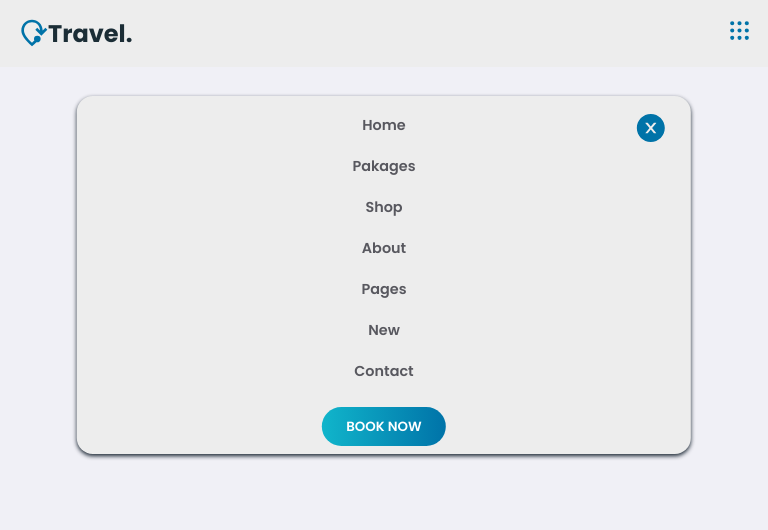
Repository: tungts3qb/TravelWebsite
Page: /
The author's editor kept a copy of each file at every save. The page is drawn from the files as they stood at one save, then again after the next save.
The browser window is 768 px wide. The pictures show the whole page.
The project was rebuilt for these pictures with package versions that can differ from the ones it lists, and the page was loaded fresh each time. Also part of the build but not shown: src/Components/Home/home.css, src/Components/Home/Home.jsx, src/Components/Main/main.css, src/Components/Main/Main.jsx, src/Components/Footer/footer.css, src/Components/Footer/Footer.jsx.

Above is the page before, as saved 2023-03-21 15:40:55.

### src/App.js
import React from "react";
import "./app.css";
import Navbar from "./Components/Navbar/Navbar";
import Home from "./Components/Home/Home";
import Main from "./Components/Main/Main";
import Footer from "./Components/Footer/Footer";

const App = () => {
  return (
    <>
      <Navbar />
      {/* <Home></Home>
      <Main></Main>
      <Footer></Footer> */}
    </>
  );
};

export default App;

### src/App.css
@import url("https://fonts.googleapis.com/css2?family=Poppins:wght@300;400;500;600;700&display=swap");

* {
  padding: 0;
  margin: 0;
  box-sizing: border-box;
  font-family: "Poppins", sans-serif;
}

:root {
  --PrimaryColor: hsl(199, 100%, 33%);
  --SecondaryColor: hsl(187, 85%, 43%);
  --gradientColor: linear-gradient(
    to right,
    hsl(187, 85%, 43%),
    hsl(199, 100%, 33%)
  );
  --whiteColor: hsl(0, 0%, 100%);
  --blackColor: hsl(201, 33%, 16%);
  --textColor: hsl(240, 4%, 36%);
  --whiteColorDeam: hsl(0, 0%, 93%);
  --greyText: rgb(190, 190, 190);
  --inputColor: rgb(239, 239, 239);
  --bodyColor: rgb(240, 240, 246);
  --cardBG: rgb(255, 255, 235);
}

a {
  text-decoration: none;
}

li {
  list-style: none;
}

.section {
  padding: 4rem 0 2rem;
}

.container {
  padding-left: 1.5rem;
  padding-right: 1.5rem;
}

.icon {
  font-size: 2rem;
  cursor: pointer;
}

.flex {
  display: flex;
  align-items: center;
}

.grid {
  display: grid;
  align-items: center;
}

.btn {
  padding: 0.6rem 1.5rem;
  background: var(--gradientColor);
  border-radius: 3rem;
  border: none;
  outline: none;
  cursor: pointer;
}

.btn a {
  color: var(--whiteColor);
  font-weight: 500;
}

.btn:hover {
  background: var(--SecondaryColor);
}

img,
video {
  width: 100%;
  height: auto;
}

input {
  font-size: 100%;
}

body {
  background: var(--bodyColor);
}

### src/Components/Navbar/Navbar.jsx
import React from "react";
import "./navbar.css";
import { MdOutlineModeOfTravel } from "react-icons/md";
import { AiFillCloseCircle } from "react-icons/ai";
import { TbGridDots } from "react-icons/tb";

const Navbar = () => {
  return (
    <section className="navBarSection">
      <header className="header flex">
        <div className="logoDiv">
          <a href="#" className="logo flex">
            <MdOutlineModeOfTravel className="icon" />
            <h1>Travel.</h1>
          </a>
        </div>

        <div className="navBar">
          <ul className="navLists flex">
            <li className="navItem">
              <a href="#" className="navLink">
                Home
              </a>
            </li>

            <li className="navItem">
              <a href="#" className="navLink">
                Pakages
              </a>
            </li>

            <li className="navItem">
              <a href="#" className="navLink">
                Shop
              </a>
            </li>

            <li className="navItem">
              <a href="#" className="navLink">
                About
              </a>
            </li>

            <li className="navItem">
              <a href="#" className="navLink">
                Pages
              </a>
            </li>

            <li className="navItem">
              <a href="#" className="navLink">
                New
              </a>
            </li>

            <li className="navItem">
              <a href="#" className="navLink">
                Contact
              </a>
            </li>

            <button className="btn">
              <a href="#">BOOK NOW</a>
            </button>
          </ul>
          <div className="closeNavBar">
            <AiFillCloseCircle className="icon" />
          </div>
        </div>

        <div className="toggleNavbar">
          <TbGridDots className="icon" />
        </div>
      </header>
    </section>
  );
};

export default Navbar;

### src/Components/Navbar/navbar.css
:root {
  --PrimaryColor: hsl(199, 100%, 33%);
  --SecondaryColor: hsl(187, 85%, 43%);
  --gradientColor: linear-gradient(
    to right,
    hsl(187, 85%, 43%),
    hsl(199, 100%, 33%)
  );
  --whiteColor: hsl(0, 0%, 100%);
  --blackColor: hsl(201, 33%, 16%);
  --textColor: hsl(240, 4%, 36%);
  --whiteColorDeam: hsl(0, 0%, 93%);
  --greyText: rgb(190, 190, 190);
  --inputColor: rgb(239, 239, 239);
  --bodyColor: rgb(240, 240, 246);
  --cardBG: rgb(255, 255, 235);
}

.header {
  position: fixed;
  display: flex;
  align-items: center;
  justify-content: space-between;
  background: var(--whiteColorDeam);
  width: 100%;
  padding: 1rem;
  z-index: 1000;
}
.header .logo {
  color: var(--blackColor);
  font-weight: 600;
  cursor: pointer;
  align-items: center;
  justify-content: center;
}
.header .logo .icon {
  font-style: 25px;
  color: var(--PrimaryColor);
  transform: translateY(-1px);
}
@media screen and (max-width: 768px) {
  .header .navBar {
    position: absolute;
    background-color: var(--whiteColorDeam);
    height: -moz-max-content;
    height: max-content;
    width: 80%;
    border-radius: 1rem;
    top: 6rem;
    left: 50%;
    transform: translateX(-50%);
    z-index: 2000;
    box-shadow: 0 2px 4px rgba(2, 15, 29, 0.904);
    transition: 0.3s ease-in-out;
  }
  .header .navBar .navLists {
    flex-direction: column;
    justify-content: center;
    width: 100%;
    margin: auto;
    padding: 0.5rem 0;
  }
  .header .navBar .navLists .navItem {
    padding: 0.5rem 0;
  }
  .header .navBar .navLists .navItem .navLink {
    color: var(--textColor);
    font-size: 0.9rem;
    font-weight: 600;
  }
  .header .navBar .navLists .navItem .navLink :hover {
    color: var(--PrimaryColor);
  }
  .header .navBar .navLists .btn {
    margin-top: 1rem;
  }
  .header .navBar .navLists .btn a {
    font-weight: 600;
    color: var(--whiteColor);
  }
  .header .navBar .closeNavBar {
    position: absolute;
    top: 1rem;
    right: 1.5rem;
    color: var(--PrimaryColor);
  }
  .header .navBar .closeNavBar:hover {
    color: var(--SecondaryColor);
  }
}
.header .toggleNavbar .icon {
  font-size: 25px;
  color: var(--PrimaryColor);
}
.header .toggleNavbar:hover.icon {
  color: var(--SecondaryColor);
}/*# sourceMappingURL=navbar_20230321154055.css.map */

Loaded but not shown: public/index.html (common file); src/index.js (common file)

After the next save:
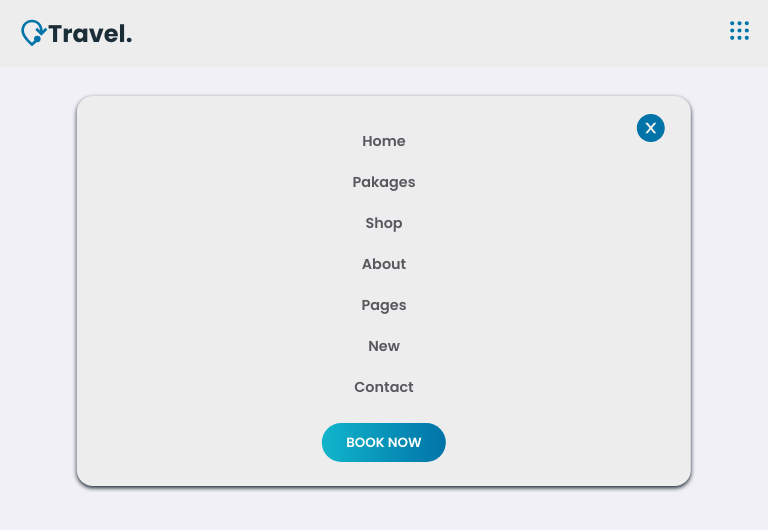
Saved 33 s later.
--- a/src/Components/Navbar/navbar.css
+++ b/src/Components/Navbar/navbar.css
@@ -48,6 +48,7 @@
     border-radius: 1rem;
     top: 6rem;
     left: 50%;
+    padding: 1rem;
     transform: translateX(-50%);
     z-index: 2000;
     box-shadow: 0 2px 4px rgba(2, 15, 29, 0.904);
@@ -94,4 +95,4 @@
 }
 .header .toggleNavbar:hover.icon {
   color: var(--SecondaryColor);
-}/*# sourceMappingURL=navbar_20230321154055.css.map */
+}/*# sourceMappingURL=navbar_20230321154128.css.map */
